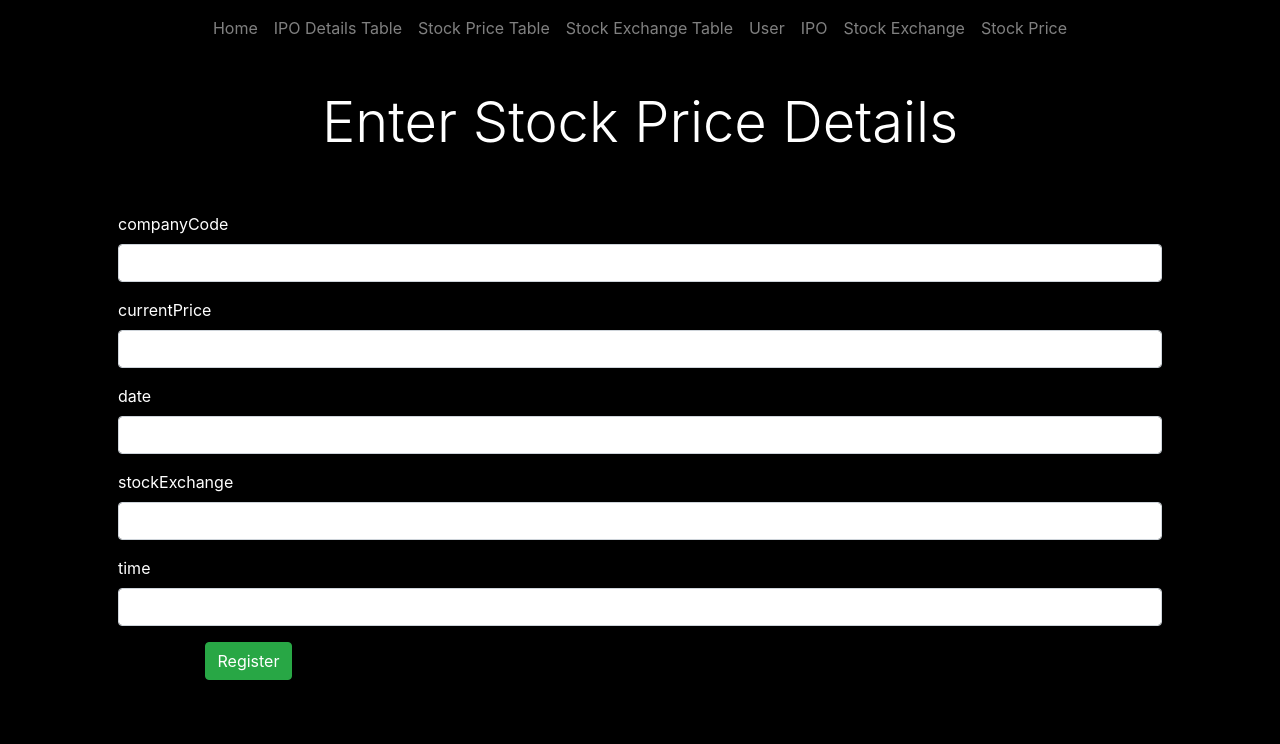
Repository: Gurudutt-S/cts-training
Page: http://localhost/StockExchangeChartingWeb/WEB-INF/views/stockPrices.jsp
The author's editor kept a copy of each file at every save. The page is drawn from the files as they stood at one save, then again after the next save.
The browser window is 1280 px wide. The pictures show the whole page.
The page is served by Tomcat 9. Nobody is signed in. Other server files are loaded and not shown. The template is opened directly, without the code that normally fills it, so the values that code supplies are empty.

Above is the page before, as saved 2020-02-13 05:21:59.
Console error (its wording comes from the project's code and is left out).

### Day_37/StockExchangeChartingWeb/src/main/webapp/WEB-INF/views/stockPrices.jsp
<%@include file="header.jsp"%>
<%@taglib uri="http://www.springframework.org/tags/form" prefix="form"%>
<%@taglib uri="http://java.sun.com/jsp/jstl/core" prefix="c"%>

<h2 class="display-4 text-center">Enter Stock Price Details</h2>

<c:url var="stockPriceUrl" value="" />

<div class="container p-5">
	<form:form action="${stockPriceUrl }" modelAttribute="stockPrice">
		<div class="form-group">
			<form:label path="companyCode">companyCode</form:label>
			<form:input path="companyCode" class="form-control" />
		</div>
		<div class="form-group">
			<form:label path="currentPrice">currentPrice</form:label>
			<form:input path="currentPrice" class="form-control" />
		</div>
		<div class="form-group">
			<form:label path="date">date</form:label>
			<form:input path="date" class="form-control" />
		</div>
		<div class="form-group">
			<form:label path="stockExchange">stockExchange</form:label>
			<form:input path="stockExchange" class="form-control" />
		</div>
		<div class="form-group">
			<form:label path="time">time</form:label>
			<form:input path="time" class="form-control" />
		</div>

		<div class="text-center w-25">
			<input type="submit" value="Register" class="btn btn-success">
		</div>
	</form:form>

</div>


</body>
</html>

### Day_37/StockExchangeChartingWeb/src/main/webapp/WEB-INF/views/header.jsp
<%@ page isELIgnored="false"%>
<%@ taglib uri="http://java.sun.com/jsp/jstl/core" prefix="c"%>
<html>
<head>
<link rel="stylesheet"
	href="https://stackpath.bootstrapcdn.com/bootstrap/4.4.1/css/bootstrap.min.css"
	integrity="sha384-Vkoo8x4CGsO3+Hhxv8T/Q5PaXtkKtu6ug5TOeNV6gBiFeWPGFN9MuhOf23Q9Ifjh"
	crossorigin="anonymous">
<script
	src="https://stackpath.bootstrapcdn.com/bootstrap/4.4.1/js/bootstrap.min.js"
	integrity="sha384-wfSDF2E50Y2D1uUdj0O3uMBJnjuUD4Ih7YwaYd1iqfktj0Uod8GCExl3Og8ifwB6"
	crossorigin="anonymous"></script>


</head>
<body style="color: white; background-color: black;">

	<nav class="navbar navbar-expand-lg navbar-dark ">
		<div class="collapse navbar-collapse">
			<ul class="navbar-nav mx-auto">
				<li class="nav-item"><a href="home" class="nav-link">Home</a></li>
				<li class="nav-item"><a href="ipoDetails" class="nav-link">IPO
						Details Table</a></li>
				<li class="nav-item"><a href="stockPrice" class="nav-link">Stock
						Price Table</a></li>
				<li class="nav-item"><a href="stockExchange" class="nav-link">Stock
						Exchange Table</a></li>
				<li class="nav-item"><a href="user-home" class="nav-link">User
						</a></li>
				<li class="nav-item"><a href="ipo-home" class="nav-link">IPO
						</a></li>
				<li class="nav-item"><a href="stockExchange-home" class="nav-link">Stock Exchange
						</a></li>
				<li class="nav-item"><a href="stockPrice-home" class="nav-link">Stock Price</a> </li>
			</ul>
		</div>
	</nav>

	<hr>

</body>
</html>

After the next save:
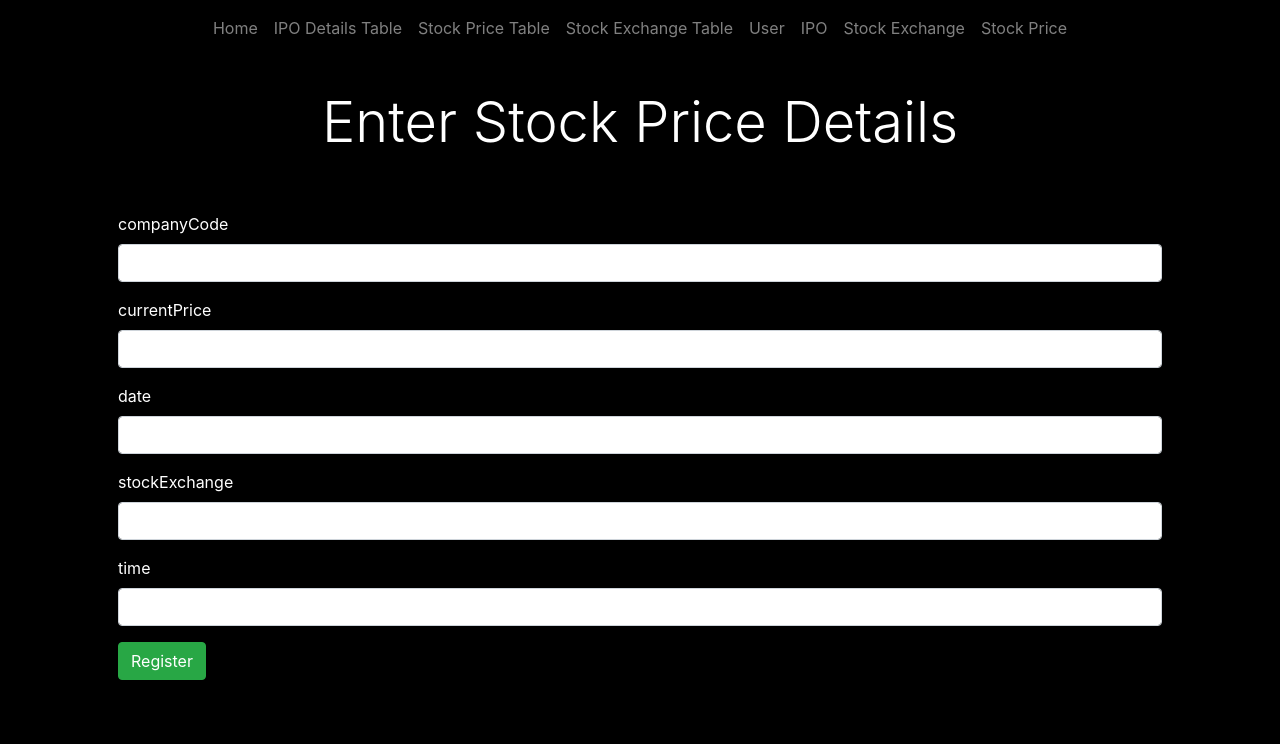
Saved 91 s later.
--- a/Day_37/StockExchangeChartingWeb/src/main/webapp/WEB-INF/views/stockPrices.jsp
+++ b/Day_37/StockExchangeChartingWeb/src/main/webapp/WEB-INF/views/stockPrices.jsp
@@ -29,7 +29,7 @@
 			<form:input path="time" class="form-control" />
 		</div>
 
-		<div class="text-center w-25">
+		<div class="w-25">
 			<input type="submit" value="Register" class="btn btn-success">
 		</div>
 	</form:form>
